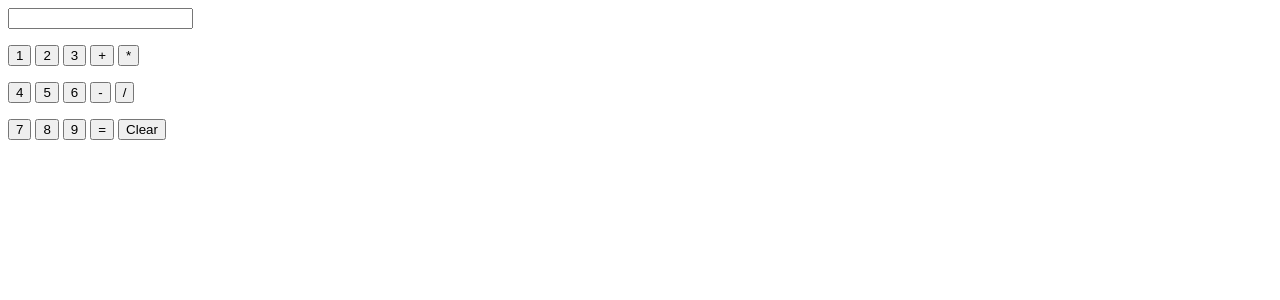
Repository: KhudanJeugene/StudyingInHillel
Page: SimpleCalculator/src/main/resources/Calculator.html
These files come from the project's save history. The page is drawn as it stood at one moment and after the next save; the edit follows.
The browser window is 1280 px wide. The pictures show the whole page.

Above is the page before, as saved 2016-02-11 08:59:35.
Console error (its wording comes from the project's code and is left out).

After the next save:
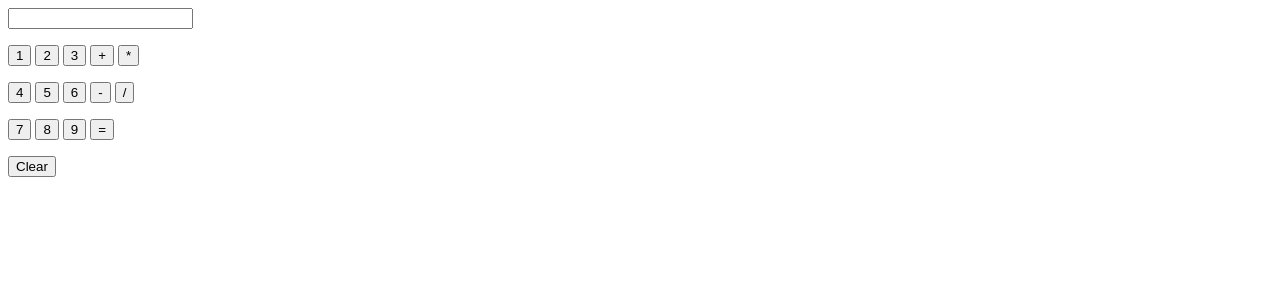
Saved 10 s later.
--- a/SimpleCalculator/src/main/resources/Calculator.html
+++ b/SimpleCalculator/src/main/resources/Calculator.html
@@ -27,7 +27,7 @@
 	<input id="7" type="button" value="7" onclick = "document.getElementById('res').value += 7">
 	<input id="8" type="button" value="8" onclick = "document.getElementById('res').value += 8">
 	<input id="9" type="button" value="9" onclick = "document.getElementById('res').value += 9">
-	<input id="=" type="button" value="=" onclick ="f();">
+	<input id="=" type="button" value="=" onclick ="f();"><p>
 	<input id="clear" type="button" value="Clear" onclick="document.getElementById('res').value = ">
 
 	</form>
